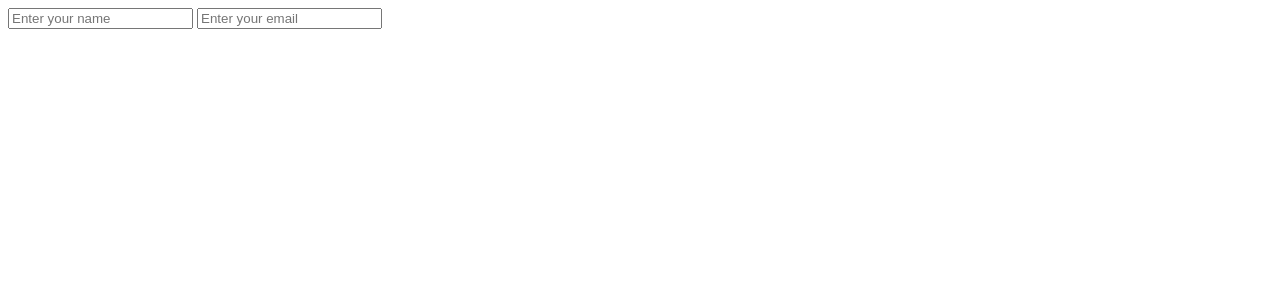
Repository: Mohitkumar1322/FrontendPracticee
Page: FormValidation/index.html
These files come from the project's save history. The page is drawn as it stood at one moment and after a run of saves; the edit follows.
The browser window is 1280 px wide. The pictures show the whole page.

Above is the page before, as saved 2025-07-20 21:35:34.

### FormValidation/index.html
<!DOCTYPE html>
<html lang="en">
<head>
    <meta charset="UTF-8">
    <meta name="viewport" content="width=device-width, initial-scale=1.0">
    <title>Document</title>
    <link rel="stylesheet" href="style.css">
</head>
<body>
    <form action="">
        <input type="text" placeholder="Enter your name" required>
        <input type="email" placeholder="Enter your email" required>
    </form>

    <script src="script.js"></script>
</body>
</html>

Loaded but not shown: FormValidation/style.css (no stored copy; drawn as an empty file); FormValidation/script.js (no stored copy; drawn as an empty file)

After the next 2 saves:
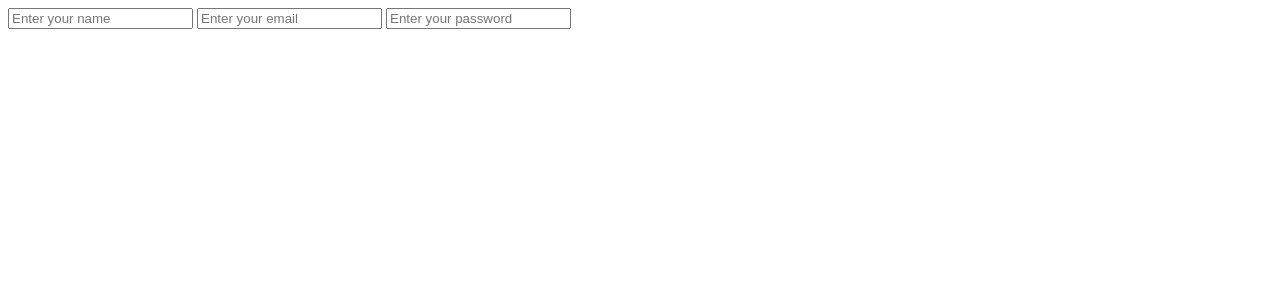
The 2 saves are shown as one change because they came seconds apart.
The last was saved 16 s later.
--- a/FormValidation/index.html
+++ b/FormValidation/index.html
@@ -10,6 +10,7 @@
     <form action="">
         <input type="text" placeholder="Enter your name" required>
         <input type="email" placeholder="Enter your email" required>
+        <input type="password" placeholder="Enter your password" required>
     </form>
 
     <script src="script.js"></script>
